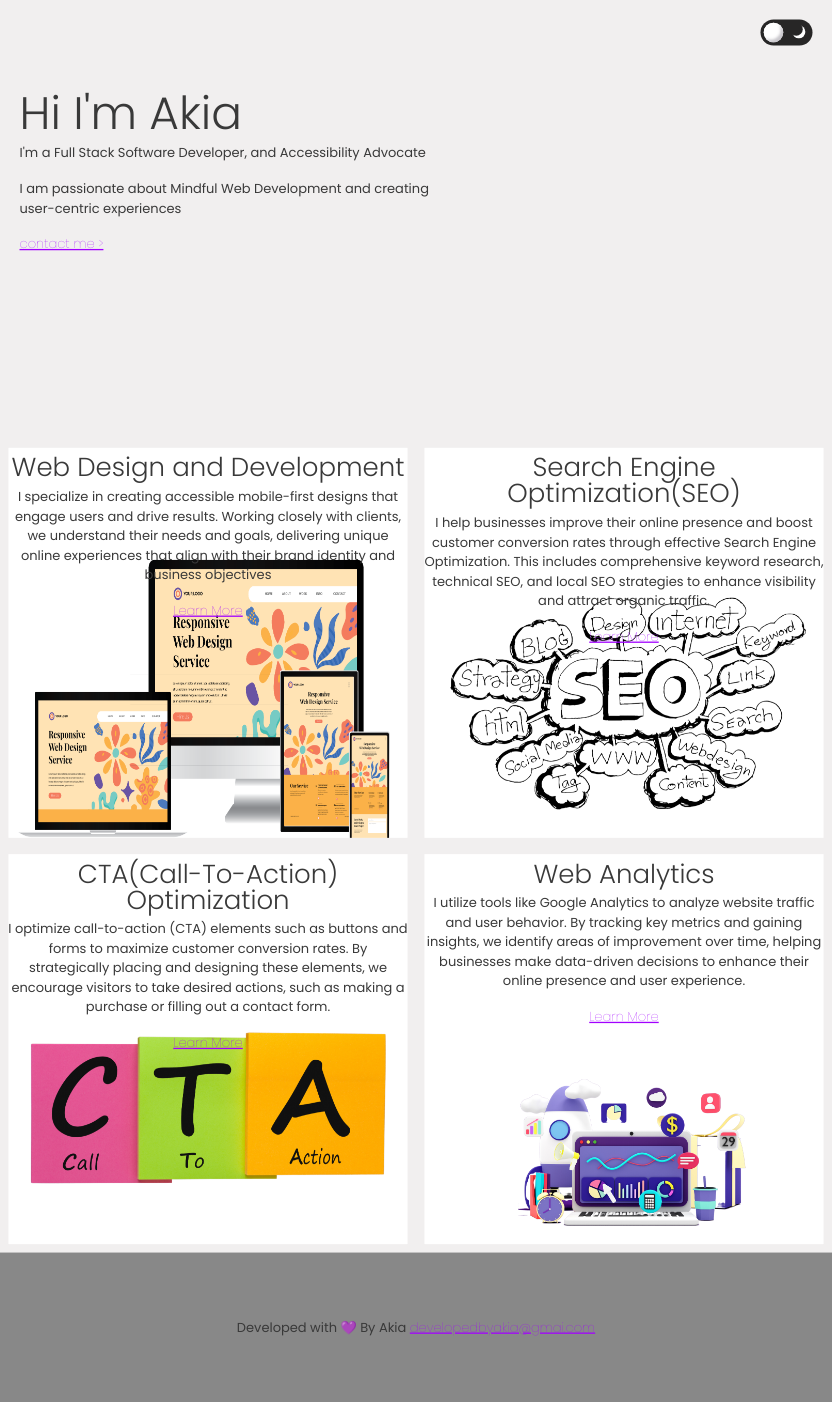
Repository: akiachenise/akiachenise.github.io
Page: index.html
The author's editor kept a copy of each file at every save. The page is drawn from the files as they stood at one save, then again after the next save.
The browser window is 1280 px wide. The pictures show the whole page, at 65% of full size.

Above is the page before, as saved 2023-06-08 23:04:53.

After the next save:
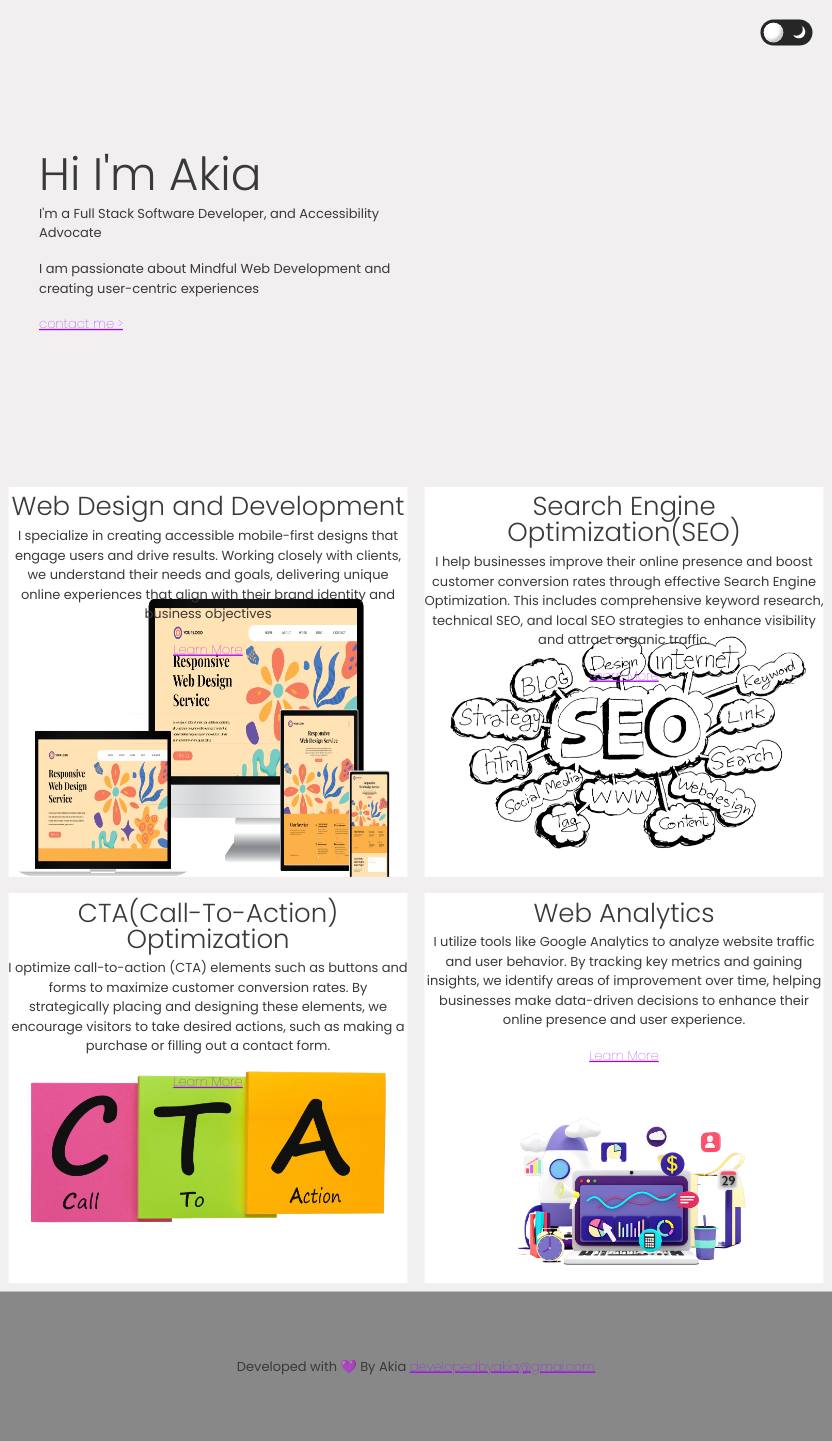
Saved 3 min 2 s later.
--- a/css/styles.css
+++ b/css/styles.css
@@ -95,9 +95,13 @@ header {
     height: 80vh;
     display: flex;
     flex-direction: row;
+    justify-content: space-between;
+    align-items: center;
+    padding: 30px;
 }
 .main-text {
     padding: 30px;
+    margin-bottom: 100px;
 }
 
 .square {
@@ -150,6 +154,7 @@ header {
     width: 50%;
     height: 350px;
     display: block;
+    margin-bottom: 100px;
 }
 
 .cube {
